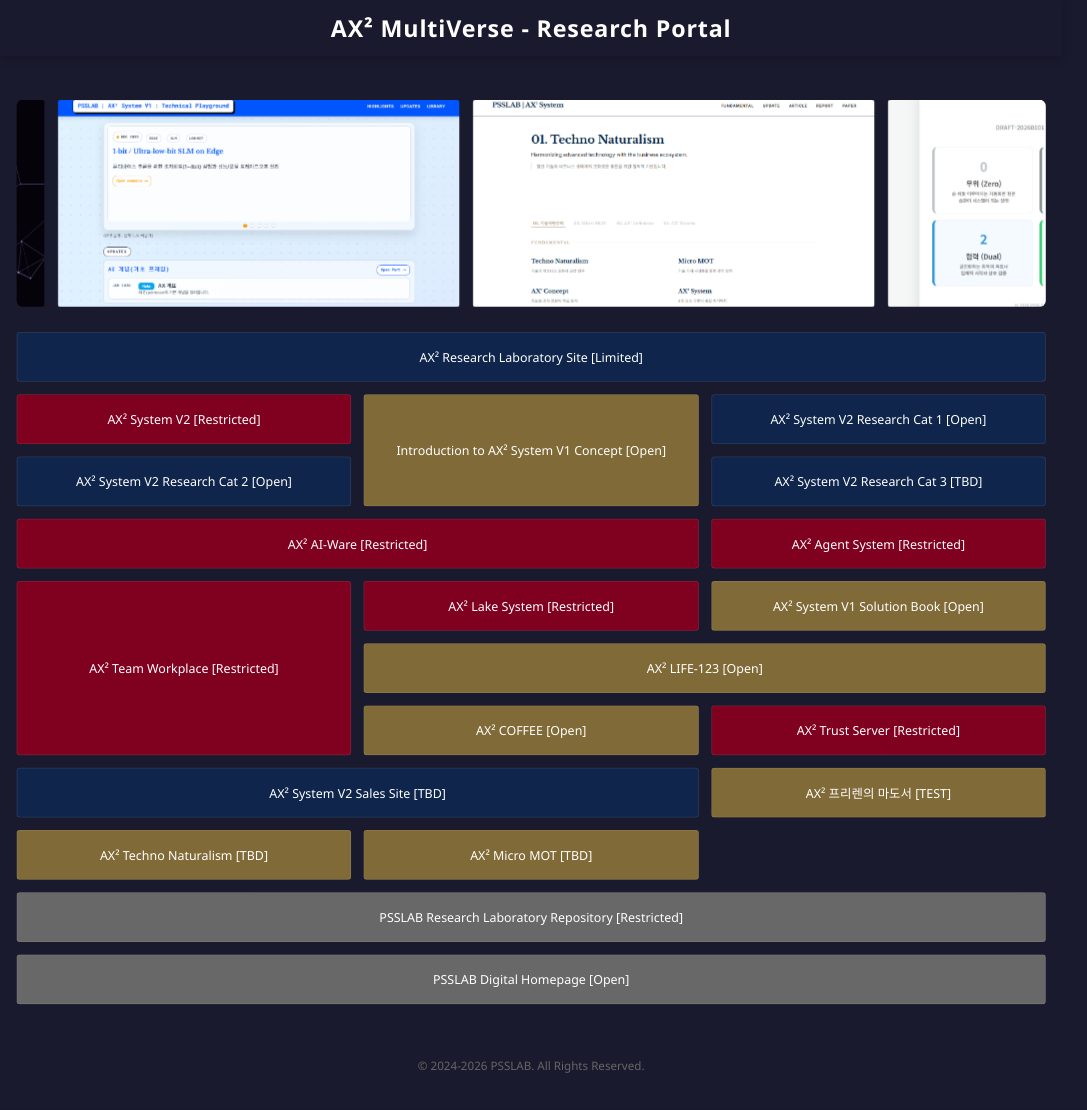
Repository: hycse89/PSSLAB_OpenSite
Page: psslab_multiverse_v3.html
An editor plug-in stored every save of this project. The page is shown before and after a run of saves, followed by the edit.
The browser window is 1280 px wide. The page is 1310 px wide, so the pictures cover 1310 px, including what lies to the right of the window. The pictures show the whole page, at 83% of full size.

Above is the page before, as saved 2026-01-11 21:45:14.

### psslab_multiverse_v3.html
<!DOCTYPE html>
<html lang="en">
<head>
    <meta charset="UTF-8">
    <meta name="viewport" content="width=device-width, initial-scale=1.0">
    <title>PSSLAB MultiVerse Campus - Mondrian Edition</title>

    <link rel="icon" type="image/png" href="favicon.png">

    <style>
        /* General Page Styles */
        body {
            margin: 0;
            background-color: #1a1a2e;
            font-family: 'Segoe UI', Arial, sans-serif;
            display: flex;
            flex-direction: column;
            align-items: center;
            min-height: 100vh;
            color: #ffffff;
        }

        /* Fixed Header */
        .header {
            position: fixed;
            top: 0;
            left: 0;
            width: 100%;
            background-color: #1a1a2e;
            color: #ffffff;
            z-index: 1000;
            padding: 15px 0;
            box-shadow: 0 2px 10px rgba(0,0,0,0.3);
        }

        .header h1 {
            font-size: 28px;
            margin: 0;
            text-align: center;
            letter-spacing: 1px;
        }

        /* Main content container */
        .main-content {
            margin-top: 100px;
            width: 100%;
            max-width: 1400px;
            display: flex;
            flex-direction: column;
            align-items: center;
            padding: 20px;
            box-sizing: border-box;
        }

        /* Image Slider Container */
        .slider-container {
            width: 100%;
            overflow: hidden;
            margin-bottom: 30px;
            border-radius: 8px;
        }

        .slider-wrapper {
            display: flex;
            width: calc(500px * 13);
            animation: scroll 60s linear infinite;
        }

        .slider-image {
            width: 500px;
            height: 250px;
            flex-shrink: 0;
            padding: 0 8px;
            box-sizing: border-box;
        }

        .slider-image img {
            width: 100%;
            height: 100%;
            object-fit: cover;
            border-radius: 4px;
        }

        @keyframes scroll {
            0% { transform: translateX(0); }
            100% { transform: translateX(calc(-500px * 11)); }
        }

        /* --- Mondrian Grid Layout System --- */
        .link-container {
            display: grid;
            /* 최소 너비 350px 확보 */
            grid-template-columns: repeat(auto-fill, minmax(350px, 1fr));
            /* 60px 단위의 눈금 설정 */
            grid-auto-rows: 60px;
            gap: 15px;
            width: 100%;
            /* 빈 공간을 최적으로 메워주는 설정 */
            grid-auto-flow: dense;
        }

        /* Link Button Base Style */
        .link-button {
            display: flex;
            align-items: center;
            justify-content: center;
            padding: 20px;
            font-size: 15px;
            color: white;
            text-decoration: none;
            border-radius: 4px;
            transition: all 0.3s cubic-bezier(0.25, 0.8, 0.25, 1);
            text-align: center;
            box-sizing: border-box;
            line-height: 1.4;
            border: 1px solid rgba(255,255,255,0.1);
        }

        .link-button:hover {
            transform: scale(1.01);
            filter: brightness(1.2);
            box-shadow: 0 5px 15px rgba(0,0,0,0.3);
            z-index: 2;
        }

        /* --- Mondrian Size Classes (Proportional) --- */
        /* 가로 비중 */
        .w-1 { grid-column: span 1; }
        .w-2 { grid-column: span 2; }
        .w-3 { grid-column: span 3; }

        /* 세로 비중 (60px의 배수) */
        .h-1 { grid-row: span 1; } /* 120px + gap */
        .h-2 { grid-row: span 2; } /* 240px + gap */
        .h-3 { grid-row: span 3; } /* 360px + gap */

        /* 특수 크기: 제목 강조형 */
        .size-hero { grid-column: span 2; grid-row: span 4; font-size: 1.2rem; font-weight: bold; }

        /* Button Colors */
        .color-1 { background-color: #0F254B; }
        .color-2 { background-color: #800020; }
        .color-3 { background-color: #806a37; }
        .color-4 { background-color: #2b2b2b; }
        .color-5 { background-color: #686868; }

        footer {
            width: 100%;
            padding: 30px;
            text-align: center;
            background-color: #1a1a2e;
            color: #666;
            font-size: 14px;
        }

        /* Responsive */
        @media (max-width: 768px) {
            .link-container { grid-template-columns: 1fr; }
            .w-2, .h-2, .h-3, .size-hero { grid-column: span 1; grid-row: span 2; }
        }
    </style>
</head>
<body>

    <header class="header">
        <h1>AX² MultiVerse - Research Portal</h1>
    </header>

    <main class="main-content">
        <div class="slider-container">
            <div class="slider-wrapper">
                <div class="slider-image"><img src="./images/Image2.png" alt="2"></div>
                <div class="slider-image"><img src="./images/Image21.png" alt="21"></div>
                <div class="slider-image"><img src="./images/Image22.png" alt="22"></div>
                <div class="slider-image"><img src="./images/Image31.png" alt="31"></div>
                <div class="slider-image"><img src="./images/Image32.png" alt="32"></div>
                <div class="slider-image"><img src="./images/Image11.png" alt="11"></div>
                <div class="slider-image"><img src="./images/Image3.png" alt="3"></div>
                <div class="slider-image"><img src="./images/Image4.png" alt="4"></div>
                <div class="slider-image"><img src="./images/Image5.png" alt="5"></div>
                <div class="slider-image"><img src="./images/Image1.png" alt="1"></div>
                <div class="slider-image"><img src="./images/Image2.png" alt="2"></div>
            </div>
        </div>

        <div class="link-container">
            <a href="https://hycse89.github.io/PSSLAB_OpenSite/ax2_research_lab/" class="link-button color-1 w-3 h-1">AX² Research Laboratory Site [Limited]</a>

            <a href="http://localhost:8008" class="link-button color-2 h-1">AX² System V2 [Restricted]</a>


            <a href="ax2_v1_concept/ax2_homepage.html" class="link-button color-3 h-2">Introduction to AX² System V1 Concept [Open]</a>

            <a href="ax2_v1_20260101/index.html" class="link-button color-1 h-1">AX² System V2 Research Cat 1 [Open]</a>
            <a href="ax2_v2_20260101/index.html" class="link-button color-1 h-1">AX² System V2 Research Cat 2 [Open]</a>
            <a href="ax2_v3_20260101/index.html" class="link-button color-1 h-1">AX² System V2 Research Cat 3 [TBD]</a>

            <a href="http://localhost:8002" class="link-button color-2 w-2 h-1">AX² AI-Ware [Restricted]</a>
            <a href="http://localhost:8003" class="link-button color-2 h-1">AX² Agent System [Restricted]</a>
            <a href="http://localhost:8007" class="link-button color-2 h-3">AX² Team Workplace [Restricted]</a>
            <a href="http://localhost:8004" class="link-button color-2 h-1">AX² Lake System [Restricted]</a>

            <a href="ax2_v1_concept/solution_book/index.html" class="link-button color-3 h-1">AX² System V1 Solution Book [Open]</a>

            <a href="http://localhost:8001/ax_site/ax2_life_123/index.html" class="link-button color-3 w-2 h-1">AX² LIFE-123 [Open]</a>
            <a href="http://localhost:8001/ax_site/ax2_coffee/index.html" class="link-button color-3 h-1">AX² COFFEE [Open]</a>

            <a href="http://localhost:8005" class="link-button color-2 h-1">AX² Trust Server [Restricted]</a>

            <a href="ax2_sales/index.html" class="link-button color-1 w-2 h-1">AX² System V2 Sales Site [TBD]</a>

            <a href="http://localhost:8001/ax_site/ax2_frieren/index.html" class="link-button color-3 h-1">AX² 프리렌의 마도서 [TEST]</a>

            <a href="http://localhost:8001/utils/markdown_viewer.html?file=/ax_research/doc/doc_ax_techno_naturalism_v5.md" class="link-button color-3 h-1">AX² Techno Naturalism [TBD]</a>

            <a href="http://localhost:8001/utils/markdown_viewer.html?file=/ax_research/doc/doc_ax_micro_mot_v2.md" class="link-button color-3 h-1">AX² Micro MOT [TBD]</a>

            <a href="https://github.com/hycse89" class="link-button color-5 w-3 h-1">PSSLAB Research Laboratory Repository [Restricted]</a>

            <a href="http://www.psslab.co.kr" class="link-button color-5 w-3 h-1">PSSLAB Digital Homepage [Open]</a>
        </div>
    </main>

    <footer>
        <p>&copy; 2024-2026 PSSLAB. All Rights Reserved.</p>
    </footer>

</body>
</html>

After the next 2 saves:
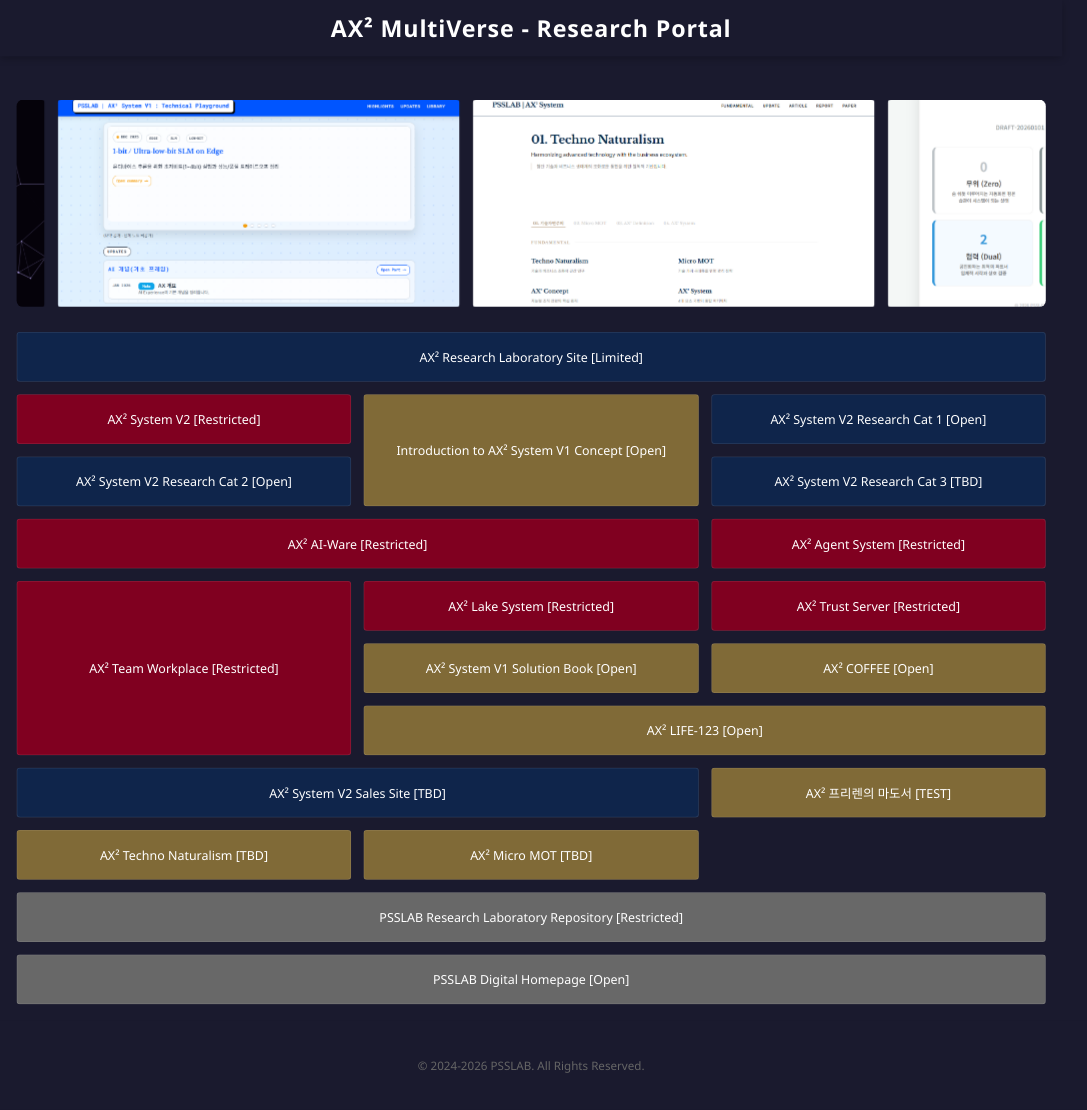
The 2 saves are shown as one change because they came seconds apart.
The last was saved 9 s later.
--- a/psslab_multiverse_v3.html
+++ b/psslab_multiverse_v3.html
@@ -199,13 +199,13 @@
             <a href="http://localhost:8003" class="link-button color-2 h-1">AX² Agent System [Restricted]</a>
             <a href="http://localhost:8007" class="link-button color-2 h-3">AX² Team Workplace [Restricted]</a>
             <a href="http://localhost:8004" class="link-button color-2 h-1">AX² Lake System [Restricted]</a>
+            <a href="http://localhost:8005" class="link-button color-2 h-1">AX² Trust Server [Restricted]</a>
 
             <a href="ax2_v1_concept/solution_book/index.html" class="link-button color-3 h-1">AX² System V1 Solution Book [Open]</a>
 
             <a href="http://localhost:8001/ax_site/ax2_life_123/index.html" class="link-button color-3 w-2 h-1">AX² LIFE-123 [Open]</a>
             <a href="http://localhost:8001/ax_site/ax2_coffee/index.html" class="link-button color-3 h-1">AX² COFFEE [Open]</a>
 
-            <a href="http://localhost:8005" class="link-button color-2 h-1">AX² Trust Server [Restricted]</a>
 
             <a href="ax2_sales/index.html" class="link-button color-1 w-2 h-1">AX² System V2 Sales Site [TBD]</a>
 
